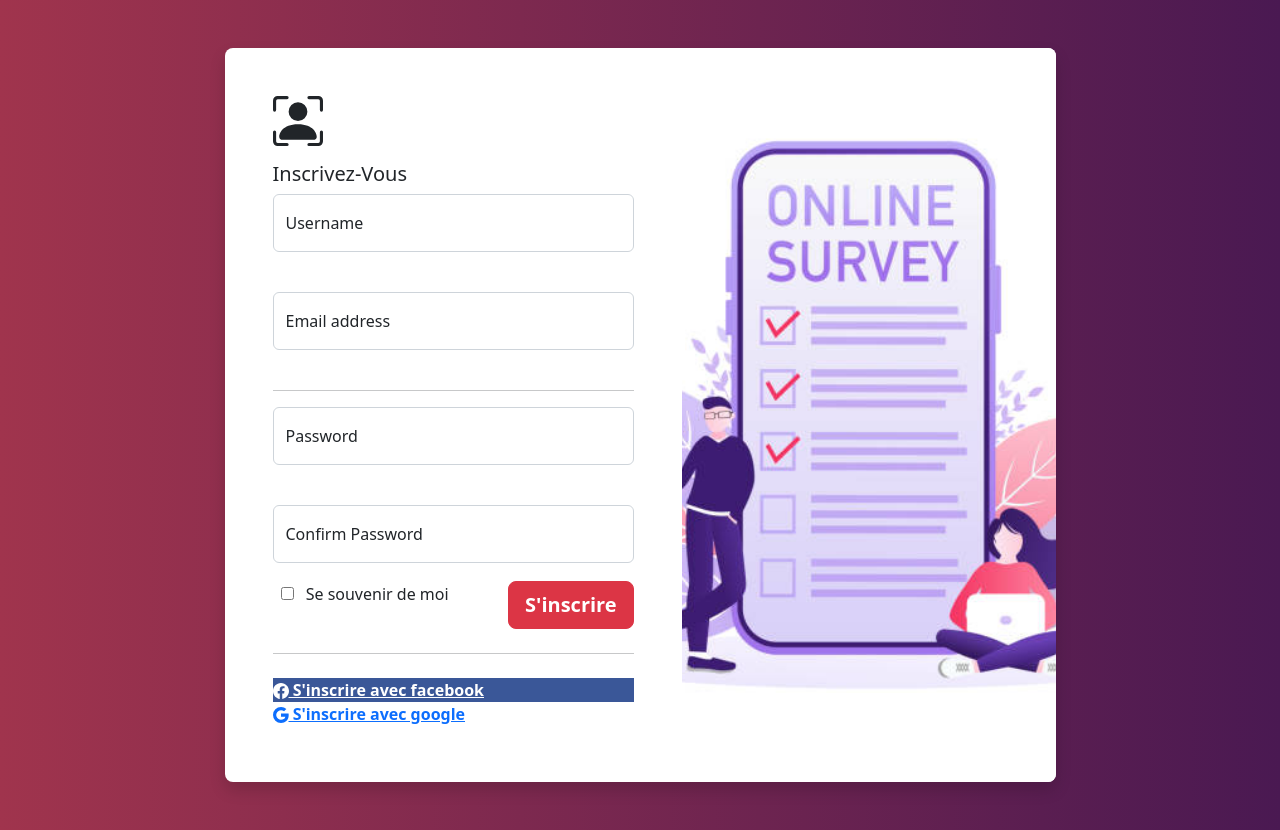
Repository: Djiamil/testsMoustaphaDER
Page: index.html
The author's editor kept a copy of each file at every save. The page is drawn from the files as they stood at one save, then again after a run of saves.
The browser window is 1280 px wide. The pictures show the whole page.

Above is the page before, as saved 2022-12-09 00:41:49.

### index.html
<!DOCTYPE html>
<html lang="en">
<head>
    <meta charset="UTF-8">
    <meta http-equiv="X-UA-Compatible" content="IE=edge">
    <meta name="viewport" content="width=device-width, initial-scale=1.0">
    <title>Formulaire d'inscription Futur Digital</title>
    <link rel="stylesheet" href="https://cdn.jsdelivr.net/npm/bootstrap@5.2.3/dist/css/bootstrap.min.css" integrity="sha384-rbsA2VBKQhggwzxH7pPCaAqO46MgnOM80zW1RWuH61DGLwZJEdK2Kadq2F9CUG65" crossorigin="anonymous">
    <link rel="stylesheet" href="style.css">
</head>
<body>
    <div class="container">
        <div class="row">
          <div class="col-lg-10 col-xl-9 mx-auto">
            <div class="card flex-row my-5 border-0 shadow rounded-3 overflow-hidden">
                <div class="card-body p-4 p-sm-5">
                    <div class="d-flex flex-column">
                        <svg xmlns="http://www.w3.org/2000/svg" width="50" height="50" fill="currentColor" class="bi bi-person-bounding-box mb-3" viewBox="0 0 16 16">
                            <path d="M1.5 1a.5.5 0 0 0-.5.5v3a.5.5 0 0 1-1 0v-3A1.5 1.5 0 0 1 1.5 0h3a.5.5 0 0 1 0 1h-3zM11 .5a.5.5 0 0 1 .5-.5h3A1.5 1.5 0 0 1 16 1.5v3a.5.5 0 0 1-1 0v-3a.5.5 0 0 0-.5-.5h-3a.5.5 0 0 1-.5-.5zM.5 11a.5.5 0 0 1 .5.5v3a.5.5 0 0 0 .5.5h3a.5.5 0 0 1 0 1h-3A1.5 1.5 0 0 1 0 14.5v-3a.5.5 0 0 1 .5-.5zm15 0a.5.5 0 0 1 .5.5v3a1.5 1.5 0 0 1-1.5 1.5h-3a.5.5 0 0 1 0-1h3a.5.5 0 0 0 .5-.5v-3a.5.5 0 0 1 .5-.5z"/>
                            <path d="M3 14s-1 0-1-1 1-4 6-4 6 3 6 4-1 1-1 1H3zm8-9a3 3 0 1 1-6 0 3 3 0 0 1 6 0z"/>
                        </svg>
                        <h5 class="card-title  fw-light fs-5">Inscrivez-Vous</h5>
                    </div>
                    <form class="form" id="form">

                    <div class="form-floating mb-3">
                        <label for="floatingInputUsername">Username</label>
                        <input type="text" class="form-control" id="username" placeholder="Enter username">
                        <small>Error message</small>
                    </div>

                    <div class="form-floating mb-3">
                        <label for="floatingInputEmail">Email address</label>
                        <input type="text" class="form-control" id="email" placeholder="Enter email">
                        <small>Error message</small>
                    </div>

                    <hr>

                    <div class="form-floating mb-3">
                        <label for="floatingPassword">Password</label>
                        <input type="password" class="form-control" id="password" placeholder="Enter password">
                        <small>Error message</small>
                    </div>

                    <div class="form-floating mb-3">
                        <label for="floatingPasswordConfirm">Confirm Password</label>
                        <input type="password" class="form-control" id="password2" placeholder="Confirm your password">
                    </div>

                    <div class="d-grid mb-2 w-100 d-flex justify-content-between">
                        <div>
                            <input type="checkbox" value="" class="m-2">
                            Se souvenir de moi
                        </div>
                        <button class="btn btn-lg btn-danger btn-login fw-bold  mr-25" id="btninscription">S'inscrire</button>
                    </div>

                    <hr class="my-4">

                    <div class="d-grid">
                        <a class="btn-facebook btn-login fw-bold ">
                            <svg xmlns="http://www.w3.org/2000/svg" width="16" height="16" fill="currentColor" class="bi bi-facebook" viewBox="0 0 16 16">
                                <path d="M16 8.049c0-4.446-3.582-8.05-8-8.05C3.58 0-.002 3.603-.002 8.05c0 4.017 2.926 7.347 6.75 7.951v-5.625h-2.03V8.05H6.75V6.275c0-2.017 1.195-3.131 3.022-3.131.876 0 1.791.157 1.791.157v1.98h-1.009c-.993 0-1.303.621-1.303 1.258v1.51h2.218l-.354 2.326H9.25V16c3.824-.604 6.75-3.934 6.75-7.951z"/>
                            </svg>
                            S'inscrire avec facebook
                        </a>
                    </div>
                    <div class="d-grid mb-2">
                        <a class="color-primary fw-bold ">
                            <svg xmlns="http://www.w3.org/2000/svg" width="16" height="16" fill="currentColor" class="bi bi-google" viewBox="0 0 16 16">
                                <path d="M15.545 6.558a9.42 9.42 0 0 1 .139 1.626c0 2.434-.87 4.492-2.384 5.885h.002C11.978 15.292 10.158 16 8 16A8 8 0 1 1 8 0a7.689 7.689 0 0 1 5.352 2.082l-2.284 2.284A4.347 4.347 0 0 0 8 3.166c-2.087 0-3.86 1.408-4.492 3.304a4.792 4.792 0 0 0 0 3.063h.003c.635 1.893 2.405 3.301 4.492 3.301 1.078 0 2.004-.276 2.722-.764h-.003a3.702 3.702 0 0 0 1.599-2.431H8v-3.08h7.545z"/>
                              </svg> S'inscrire avec google
                        </a>
                    </div>
                    </form>
                </div>
                <div class="card-img-left d-none d-md-flex">
                    <!-- Background image for card set in CSS! -->
                  </div>
            </div>
        </div>
    </div>
<script src="https://cdn.jsdelivr.net/npm/bootstrap@5.2.3/dist/js/bootstrap.min.js" integrity="sha384-cuYeSxntonz0PPNlHhBs68uyIAVpIIOZZ5JqeqvYYIcEL727kskC66kF92t6Xl2V" crossorigin="anonymous"></script>
<script src="script.js"></script>
</body>
</html>

### style.css
@import url('https://fonts.googleapis.com/css2?family=Open+Sans:wght@300&display=swap');
:root{
  --success-color: #2ecc71;
  --error-color: #e74c3c;
}
body {
    background: #a0344d;
    background: linear-gradient(to right, #a0344d, #4a1952);
  }

  .card-img-left {
    width: 45%;
    /* Link to your background image using in the property below! */
    background: scroll center url('./image/ins.jpg');
    background-size: cover;
  }

  /* .btn-login {
    font-size: 0.9rem;
    letter-spacing: 0.05rem;
    padding: 0.75rem 1rem;
  } */

  .btn-google {
    color: white !important;
    background-color: #2297f4;
  }

  .btn-facebook {
    color: white !important;
    background-color: #3a5798;
  }
  .form-floating input:focus{
    outline: 0;
    border-color: #777;
}

.form-floating.success input{
    border-color: var(--success-color);
    margin: 2rem;
}

.form-floating.error input{
    border-color: var(--error-color);
}

  .form-floating small{
    color: var(--error-color);
    bottom: 0;
    left: 0;
    visibility: hidden;
}

.form-floating.error small{
    visibility: visible;
}
button{
  position:relative;
  margin-top: 0.1rem;
}

### script.js
const form = document.getElementById('form');
const username = document.getElementById('username');
const email = document.getElementById('email');
const password = document.getElementById('password');
const password2 = document.getElementById('password2');



function showError(input, message) {//Afficher les messages d'erreur
    const formControl = input.parentElement;
    formControl.className = 'form-floating error';
    const small = formControl.querySelector('small');
    small.innerText = message;
}

function showSuccess(input) {
    const formControl = input.parentElement;
    formControl.className = 'form-floating success';
}

function checkEmail(input) {//Tester si l'email est valide :  javascript : valid email
    const re = /^(([^<>()\[\]\\.,;:\s@"]+(\.[^<>()\[\]\\.,;:\s@"]+)*)|(".+"))@((\[[0-9]{1,3}\.[0-9]{1,3}\.[0-9]{1,3}\.[0-9]{1,3}\])|(([a-zA-Z\-0-9]+\.)+[a-zA-Z]{2,}))$/;

    if (re.test(input.value.trim().toLowerCase())) {
        showSuccess(input);
    } else {
        showError(input,`Email is not valid!`);
    }
}

function checkRequired(inputArray) {// Tester si les champs ne sont pas vides
    inputArray.forEach(input => {
        if (input.value.trim() === '') {
            showError(input,`${getFieldName(input)} is required`);
        }else{
            showSuccess(input);
        }
    });
}

//
function getFieldName(input) {//Retour le nom de chaque input en se basant sur son id
    return input.id.charAt(0).toUpperCase() + input.id.slice(1);
}
//

//
function checkLength(input, min, max) {//Tester la longueur de la valeur  d'un input
    if(input.value.length < min){
        showError(input, `${getFieldName(input)} must be at least ${min} characters!`)
    }else if(input.value.length > max){
        showError(input, `${getFieldName(input)} must be less than ${max} characters !`);
    }else{
        showSuccess(input);
    }
}
//
function checkPasswordMatch(input1, input2) {//Verifie la conformité des password
    if (input1.value !== input2.value) {
        showError(input2, 'Passwords do not match!');
    }
}

form.addEventListener('submit',function(e){
    e.preventDefault();//Bloquer la soumission du formulaire


    checkRequired([username, email, password, password2]);
    //
    checkLength(username, 3, 15);
    checkLength(password, 6, 25);
    checkEmail(email);
    checkPasswordMatch(password,password2);


    /*
    function isValidEmail(email) {//Tester si l'email est valide
    const re = /^(([^<>()\[\]\\.,;:\s@"]+(\.[^<>()\[\]\\.,;:\s@"]+)*)|(".+"))@((\[[0-9]{1,3}\.[0-9]{1,3}\.[0-9]{1,3}\.[0-9]{1,3}\])|(([a-zA-Z\-0-9]+\.)+[a-zA-Z]{2,}))$/;
    return re.test(String(email).toLowerCase());
}
*/
});

After the next 2 saves:
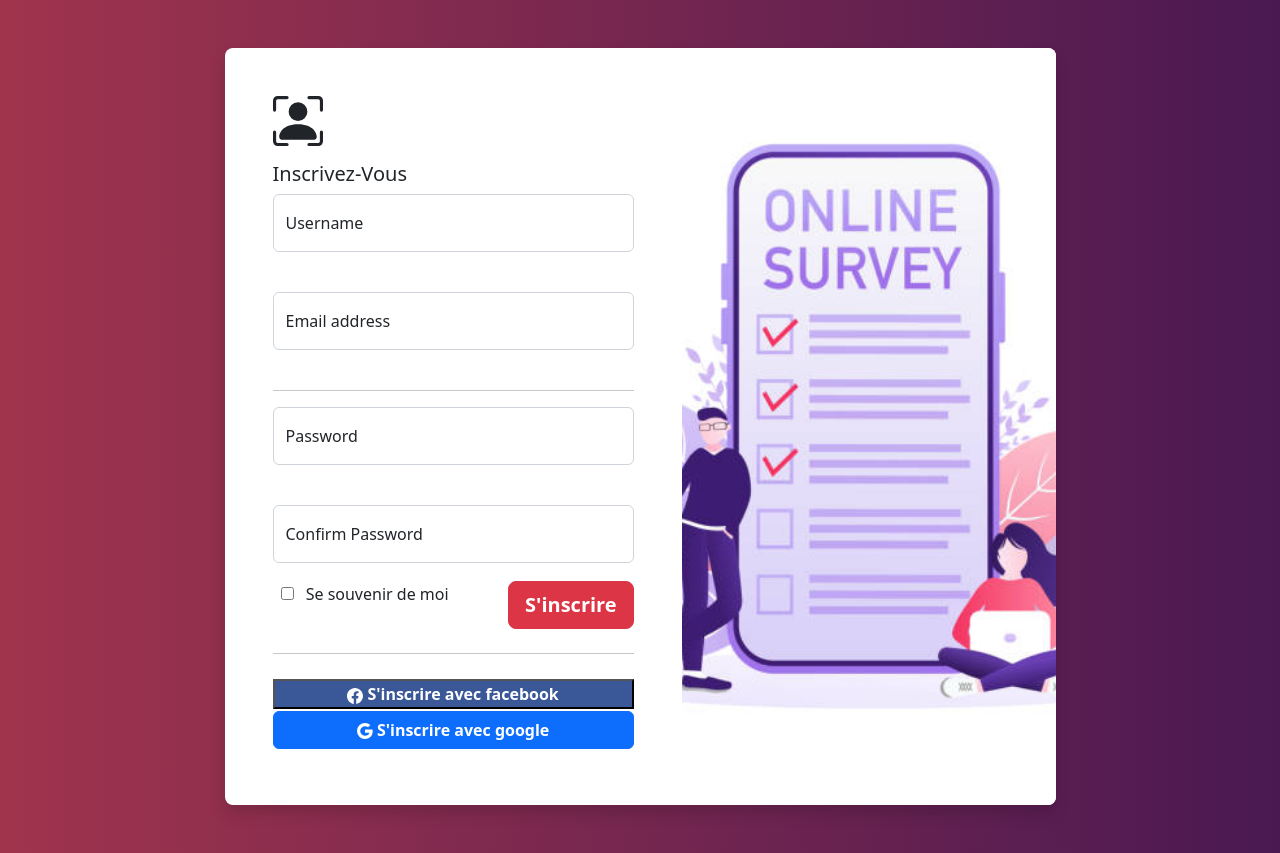
The 2 saves are shown as one change because they came seconds apart.
The last was saved 12 s later.
--- a/index.html
+++ b/index.html
@@ -59,19 +59,19 @@
                     <hr class="my-4">
 
                     <div class="d-grid">
-                        <a class="btn-facebook btn-login fw-bold ">
+                        <button class="btn-facebook btn-login fw-bold ">
                             <svg xmlns="http://www.w3.org/2000/svg" width="16" height="16" fill="currentColor" class="bi bi-facebook" viewBox="0 0 16 16">
                                 <path d="M16 8.049c0-4.446-3.582-8.05-8-8.05C3.58 0-.002 3.603-.002 8.05c0 4.017 2.926 7.347 6.75 7.951v-5.625h-2.03V8.05H6.75V6.275c0-2.017 1.195-3.131 3.022-3.131.876 0 1.791.157 1.791.157v1.98h-1.009c-.993 0-1.303.621-1.303 1.258v1.51h2.218l-.354 2.326H9.25V16c3.824-.604 6.75-3.934 6.75-7.951z"/>
                             </svg>
                             S'inscrire avec facebook
-                        </a>
+                        </button>
                     </div>
                     <div class="d-grid mb-2">
-                        <a class="color-primary fw-bold ">
+                        <button class="btn btn-primary fw-bold ">
                             <svg xmlns="http://www.w3.org/2000/svg" width="16" height="16" fill="currentColor" class="bi bi-google" viewBox="0 0 16 16">
                                 <path d="M15.545 6.558a9.42 9.42 0 0 1 .139 1.626c0 2.434-.87 4.492-2.384 5.885h.002C11.978 15.292 10.158 16 8 16A8 8 0 1 1 8 0a7.689 7.689 0 0 1 5.352 2.082l-2.284 2.284A4.347 4.347 0 0 0 8 3.166c-2.087 0-3.86 1.408-4.492 3.304a4.792 4.792 0 0 0 0 3.063h.003c.635 1.893 2.405 3.301 4.492 3.301 1.078 0 2.004-.276 2.722-.764h-.003a3.702 3.702 0 0 0 1.599-2.431H8v-3.08h7.545z"/>
                               </svg> S'inscrire avec google
-                        </a>
+                        </button>
                     </div>
                     </form>
                 </div>
